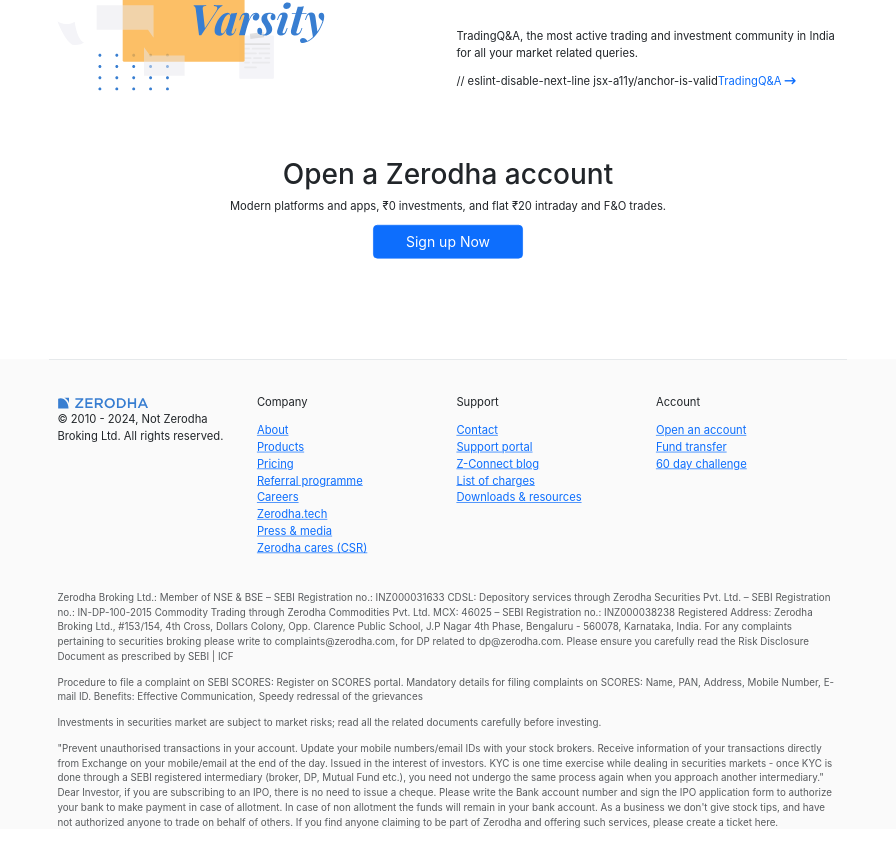
Repository: swarnabha-dutta/TradeVerse
Page: / (app in frontend/)
An editor plug-in stored every save of this project. The page is shown before and after a run of saves, followed by the edit.
The browser window is 1280 px wide. The pictures show the part of the page from y = 2725 to 4645 px (the page is 3926 px tall before and 4645 px after), at 70% of full size.
Some web libraries are served in a nearby version. The project was rebuilt for these pictures with package versions that can differ from the ones it lists, and the page was loaded fresh each time. Also part of the build but not shown: frontend/src/landing_page/about/Team.jsx, frontend/src/landing_page/about/AboutPage.jsx, frontend/src/landing_page/products/Hero.jsx, frontend/src/landing_page/products/LeftSection.jsx, frontend/src/landing_page/products/RightSection.jsx, frontend/src/landing_page/products/Universe.jsx, frontend/src/landing_page/products/ProductsPage.jsx, frontend/src/landing_page/signup/Signup.jsx and 6 more. Imported but missing from the stored project, and not drawn on this page: frontend/src/landing_page/about/Hero.

Above is the page before, as saved 2025-11-12 06:28:19.

### frontend/public/index.html
<!DOCTYPE html>
<html lang="en">
  <head>
    <meta charset="utf-8" />
    <link rel="icon" href="%PUBLIC_URL%/favicon.ico" />
    <meta name="viewport" content="width=device-width, initial-scale=1" />
    <meta name="theme-color" content="#000000" />
    <meta
      name="description"
      content="Web site created using create-react-app"
    />
    <link rel="apple-touch-icon" href="%PUBLIC_URL%/logo192.png" />
    <!--
      manifest.json provides metadata used when your web app is installed on a
      user's mobile device or desktop. See https://developers.google.com/web/fundamentals/web-app-manifest/
    -->
    <link rel="manifest" href="%PUBLIC_URL%/manifest.json" />
    <!--
      Notice the use of %PUBLIC_URL% in the tags above.
      It will be replaced with the URL of the `public` folder during the build.
      Only files inside the `public` folder can be referenced from the HTML.

      Unlike "/favicon.ico" or "favicon.ico", "%PUBLIC_URL%/favicon.ico" will
      work correctly both with client-side routing and a non-root public URL.
      Learn how to configure a non-root public URL by running `npm run build`.
    -->

    <!-- Bootstrap -->
    <link href="https://cdn.jsdelivr.net/npm/bootstrap@5.3.8/dist/css/bootstrap.min.css" rel="stylesheet" integrity="sha384-sRIl4kxILFvY47J16cr9ZwB07vP4J8+LH7qKQnuqkuIAvNWLzeN8tE5YBujZqJLB" crossorigin="anonymous">



    <!-- fontawesome   CDN -->
    <link
      rel="stylesheet"
      href="https://cdnjs.cloudflare.com/ajax/libs/font-awesome/6.6.0/css/all.min.css"
      crossorigin="anonymous"
      referrerpolicy="no-referrer"
    />

    <title>React App</title>
  </head>
  <body>
    <noscript>You need to enable JavaScript to run this app.</noscript>
    <div id="root"></div>


    <!-- Bootstrap js file  -->
    <script src="https://cdn.jsdelivr.net/npm/bootstrap@5.3.8/dist/js/bootstrap.bundle.min.js" integrity="sha384-FKyoEForCGlyvwx9Hj09JcYn3nv7wiPVlz7YYwJrWVcXK/BmnVDxM+D2scQbITxI" crossorigin="anonymous"></script>
  </body>
</html>

### frontend/src/index.js
import React from 'react';
import ReactDOM from 'react-dom/client';
import './index.css';
import { BrowserRouter, Routes, Route } from 'react-router-dom';
import HomePage from './landing_page/home/HomePage.jsx';
import AboutPage from './landing_page/about/AboutPage.jsx';
import ProductsPage from './landing_page/products/ProductsPage.jsx';
import Signup from './landing_page/signup/Signup.jsx';
import PricingPage from "./landing_page/pricing/PricingPage.jsx";
import SupportPage from "./landing_page/support/SupportPage.jsx";
import Navbar from './landing_page/Navbar.jsx';

const root = ReactDOM.createRoot(document.getElementById('root'));
root.render(
  <BrowserRouter>
    <Navbar/>
    <Routes>
        <Route path="/" element={<HomePage/>}></Route>
        <Route path="/signup" element={<Signup/>}></Route>
        <Route path="/about" element={<AboutPage/>}></Route>
        <Route path="/product" element={<ProductsPage/>}></Route>
        <Route path="/pricing" element={<PricingPage />}></Route>
        <Route path="/support" element={<SupportPage/>}></Route>
    </Routes>
  </BrowserRouter>
);

// If you want to start measuring performance in your app, pass a function
// to log results (for example: reportWebVitals(console.log))
// or send to an analytics endpoint. Learn more: https://bit.ly/CRA-vitals

### frontend/src/landing_page/home/HomePage.jsx
import React from 'react'
import Hero from './Hero.jsx';
import Awards from './Awards.jsx';
import Stats from './Stats.jsx';
import Pricing from './Pricing.jsx';
import Education from './Education.jsx';
import OpenAccount from '../OpenAccount.jsx';
import Navbar from '../Navbar.jsx';
import Footer from '../Footer.jsx';


const HomePage = () => {
    return (
        <>
            <Navbar/>
            <Hero />
            <Awards />
            <Stats />
            <Pricing />
            <Education />
            <OpenAccount />
            <Footer/>
        </>
    )
}

export default HomePage

### frontend/src/landing_page/Navbar.jsx
import React from "react";

function Navbar() {
    return (
        <nav
        class="navbar navbar-expand-lg border-bottom"
        style={{ backgroundColor: "#FFF" }}
        >
        <div class="container p-2">
            <a class="navbar-brand" href="#">
            <img
                src="media/images/logo.svg"
                style={{ width: "25%" }}
                alt="Logo"
            />
            </a>
            <button
            class="navbar-toggler"
            type="button"
            data-bs-toggle="collapse"
            data-bs-target="#navbarSupportedContent"
            aria-controls="navbarSupportedContent"
            aria-expanded="false"
            aria-label="Toggle navigation"
            >
            <span class="navbar-toggler-icon"></span>
            </button>
            <div class="collapse navbar-collapse" id="navbarSupportedContent">
            <form class="d-flex" role="search">
                <ul class="navbar-nav mb-lg-0">
                <li class="nav-item">
                    <a class="nav-link active" aria-current="page" href="#">
                    Signup
                    </a>
                </li>
                <li class="nav-item">
                    <a class="nav-link active" href="#">
                    About
                    </a>
                </li>
                <li class="nav-item">
                    <a class="nav-link active" href="#">
                    Product
                    </a>
                </li>
                <li class="nav-item">
                    <a class="nav-link active" href="#">
                    Pricing
                    </a>
                </li>
                <li class="nav-item">
                    <a class="nav-link active" href="#">
                    Support
                    </a>
                </li>
                </ul>
            </form>
            </div>
        </div>
        </nav>
    );
}

export default Navbar;

### frontend/src/landing_page/home/Hero.jsx
import React from 'react'

const Hero = () => {
    return (
        <div className='container p-5 mb-5'>
            <div className='row text-center'>
                <img
                    src="media/images/homeHero.png"
                    alt="Hero-Image"
                    className='mb-5'
                />
                <h1 className='mt-5'>Invest in everything</h1>
                <p>
                    Online platform to invest in stocks, derivatives, mutual funds, and more
                </p>
                <button
                className='p-2 btn btn-primary fs-5 mb-5'
                style={{width:"20%",margin:"0 auto"}}
                >
                    Signup Now
                </button>
            </div>
        </div>
    )
}

export default Hero

### frontend/src/landing_page/home/Awards.jsx
import React from 'react'

const Awards = () => {
    return (
        <div className='container mt-5'>
            <div className='row'>
                <div className='col-6 p-5'>
                    <img src="media/images/largestBroker.svg" alt="" />
                </div>
                <div className='col-6 p-5 mt-5'>
                    <h1>Largest stock broker in India</h1>
                    <p className="mb-5">
                        2+ million Zerodha clients contribute to over 15% of all retail
                        order volumes in India daily by trading and investing in:
                    </p>
                    <div className='row'>
                        <div className='col-6'>
                            <ul>
                                <li>
                                <p>Futures and Options</p>
                                </li>
                                <li>
                                <p>Commodity derivatives</p>
                                </li>
                                <li>
                                <p>Currency derivatives</p>
                                </li>
                            </ul>
                        </div>
                        <div className='col-6'>
                            <ul>
                                <li>
                                    <p>Stocks & IPOs</p>
                                </li>
                                <li>
                                    <p>Direct mutual funds</p>
                                </li>
                                <li>
                                    <p>Bonds and Govt. Securities</p>
                                </li>
                            </ul>
                        </div>
                    </div>
                    <img src="media/images/pressLogos.png" style={{ width: "90%" }} />
                </div>
            </div>
        </div>
    )
}

export default Awards

### frontend/src/landing_page/home/Stats.jsx
/* eslint-disable react/jsx-no-comment-textnodes */
/* eslint-disable jsx-a11y/alt-text */
import React from "react";

function Stats() {
    return (
        <div className="container p-3">
        <div className="row p-5">
            <div className="col-6 p-5">
            <h1 className="fs-2 mb-5">Trust with confidence</h1>
            <h2 className="fs-4">Customer-first always</h2>
            <p className="text-muted">
                That's why 1.3+ crore customers trust Zerodha with ₹3.5+ lakh crores
                worth of equity investments.
            </p>
            <h2 className="fs-4">No spam or gimmicks</h2>
            <p className="text-muted">
                No gimmicks, spam, "gamification", or annoying push notifications.
                High quality apps that you use at your pace, the way you like.
            </p>
            <h2 className="fs-4">The Zerodha universe</h2>
            <p className="text-muted">
                Not just an app, but a whole ecosystem. Our investments in 30+
                fintech startups offer you tailored services specific to your needs.
            </p>
            <h2 className="fs-4">Do better with money</h2>
            <p className="text-muted">
                With initiatives like Nudge and Kill Switch, we don't just
                facilitate transactions, but actively help you do better with your
                money.
            </p>
            </div>
            <div className="col-6 p-5">
            // eslint-disable-next-line jsx-a11y/alt-text
            <img src="media/images/ecosystem.png" style={{ width: "90%" }} />
            <div className="text-center">
                <a href="" className="mx-5" style={{ textDecoration: "none" }}>
                Explore our products{" "}
                <i class="fa fa-long-arrow-right" aria-hidden="true"></i>
                </a>
                <a href="" style={{ textDecoration: "none" }}>
                Try Kite demo{" "}
                <i class="fa fa-long-arrow-right" aria-hidden="true"></i>
                </a>
            </div>
            </div>
        </div>
        </div>
    );
}

export default Stats;

### frontend/src/landing_page/home/Pricing.jsx
/* eslint-disable jsx-a11y/anchor-is-valid */
    import React from "react";

    function Pricing() {
    return (
        <div className="container">
        <div className="row">
            <div className="col-4">
            <h1 className="mb-3 fs-2">Unbeatable pricing</h1>
            <p>
                We pioneered the concept of discount broking and price transparency
                in India. Flat fees and no hidden charges.
            </p>
            <a href="" style={{ textDecoration: "none" }}>
                See Pricing{" "}
                <i class="fa fa-long-arrow-right" aria-hidden="true"></i>
            </a>
            </div>
            <div className="col-2"></div>
            <div className="col-6  mb-5">
            <div className="row text-center">
                <div className="col p-3 border">
                <h1 className="mb-3">₹0</h1>
                <p>
                    Free equity delivery and
                    <br />
                    direct mutual funds
                </p>
                </div>
                <div className="col p-3 border">
                <h1 className="mb-3">₹20</h1>
                <p>Intraday and F&O</p>
                </div>
            </div>
            </div>
        </div>
        </div>
    );
    }

    export default Pricing;

### frontend/src/landing_page/home/Education.jsx
    import React from "react";

    function Education() {
    return (
        <div className="container mt-5">
        <div className="row">
            <div className="col-6">
            <img src="media/images/education.svg" style={{ width: "70%" }} />
            </div>
            <div className="col-6">
            <h1 className="mb-3 fs-2">Free and open market education</h1>
            <p>
                Varsity, the largest online stock market education book in the world
                covering everything from the basics to advanced trading.
            </p>
            <a href="" style={{ textDecoration: "none" }}>
                Versity <i class="fa fa-long-arrow-right" aria-hidden="true"></i>
            </a>
            <p className="mt-5">
                TradingQ&A, the most active trading and investment community in
                India for all your market related queries.
            </p>
            // eslint-disable-next-line jsx-a11y/anchor-is-valid
            <a href="" style={{ textDecoration: "none" }}>
                TradingQ&A <i class="fa fa-long-arrow-right" aria-hidden="true"></i>
            </a>
            </div>
        </div>
        </div>
    );
    }

    export default Education;

### frontend/src/landing_page/OpenAccount.jsx
import React from "react";

function OpenAccount() {
    return (
        <div className="container p-5 mb-5">
        <div className="row text-center">
            <h1 className="mt-5">Open a Zerodha account</h1>
            <p>
            Modern platforms and apps, ₹0 investments, and flat ₹20 intraday and
            F&O trades.
            </p>
            <button
            className="p-2 btn btn-primary fs-5 mb-5"
            style={{ width: "20%", margin: "0 auto" }}
            >
            Sign up Now
            </button>
        </div>
        </div>
    );
}

export default OpenAccount;

### frontend/src/landing_page/Footer.jsx
import React from "react";

function Footer() {
    return (
        <footer style={{ backgroundColor: "rgb(250, 250, 250)" }}>
        <div className="container border-top mt-5">
            <div className="row mt-5">
            <div className="col">
                <img src="media/images/logo.svg" style={{ width: "50%" }} />
                <p>
                &copy; 2010 - 2024, Not Zerodha Broking Ltd. All rights reserved.
                </p>
            </div>
            <div className="col">
                <p>Company</p>
                <a href="">About</a>
                <br />
                <a href="">Products</a>
                <br />
                <a href="">Pricing</a>
                <br />
                <a href="">Referral programme</a>
                <br />
                <a href="">Careers</a>
                <br />
                <a href="">Zerodha.tech</a>
                <br />
                <a href="">Press & media</a>
                <br />
                <a href="">Zerodha cares (CSR)</a>
                <br />
            </div>
            <div className="col">
                <p>Support</p>
                <a href="">Contact</a>
                <br />
                <a href="">Support portal</a>
                <br />
                <a href="">Z-Connect blog</a>
                <br />
                <a href="">List of charges</a>
                <br />
                <a href="">Downloads & resources</a>
                <br />
            </div>
            <div className="col">
                <p>Account</p>
                <a href="">Open an account</a>
                <br />
                <a href="">Fund transfer</a>
                <br />
                <a href="">60 day challenge</a>
                <br />
            </div>
            </div>
            <div className="mt-5 text-muted" style={{ fontSize: "14px" }}>
            <p>
                Zerodha Broking Ltd.: Member of NSE​ &​ BSE – SEBI Registration no.:
                INZ000031633 CDSL: Depository services through Zerodha Securities
                Pvt. Ltd. – SEBI Registration no.: IN-DP-100-2015 Commodity Trading
                through Zerodha Commodities Pvt. Ltd. MCX: 46025 – SEBI Registration
                no.: INZ000038238 Registered Address: Zerodha Broking Ltd.,
                #153/154, 4th Cross, Dollars Colony, Opp. Clarence Public School,
                J.P Nagar 4th Phase, Bengaluru - 560078, Karnataka, India. For any
                complaints pertaining to securities broking please write to
                complaints@zerodha.com, for DP related to dp@zerodha.com. Please
                ensure you carefully read the Risk Disclosure Document as prescribed
                by SEBI | ICF
            </p>

            <p>
                Procedure to file a complaint on SEBI SCORES: Register on SCORES
                portal. Mandatory details for filing complaints on SCORES: Name,
                PAN, Address, Mobile Number, E-mail ID. Benefits: Effective
                Communication, Speedy redressal of the grievances
            </p>

            <p>
                Investments in securities market are subject to market risks; read
                all the related documents carefully before investing.
            </p>

            <p>
                "Prevent unauthorised transactions in your account. Update your
                mobile numbers/email IDs with your stock brokers. Receive
                information of your transactions directly from Exchange on your
                mobile/email at the end of the day. Issued in the interest of
                investors. KYC is one time exercise while dealing in securities
                markets - once KYC is done through a SEBI registered intermediary
                (broker, DP, Mutual Fund etc.), you need not undergo the same
                process again when you approach another intermediary." Dear
                Investor, if you are subscribing to an IPO, there is no need to
                issue a cheque. Please write the Bank account number and sign the
                IPO application form to authorize your bank to make payment in case
                of allotment. In case of non allotment the funds will remain in your
                bank account. As a business we don't give stock tips, and have not
                authorized anyone to trade on behalf of others. If you find anyone
                claiming to be part of Zerodha and offering such services, please
                create a ticket here.
            </p>
            </div>
        </div>
        </footer>
    );
}

export default Footer;

Loaded but not shown: frontend/src/index.css (common file)

After the next 2 saves:
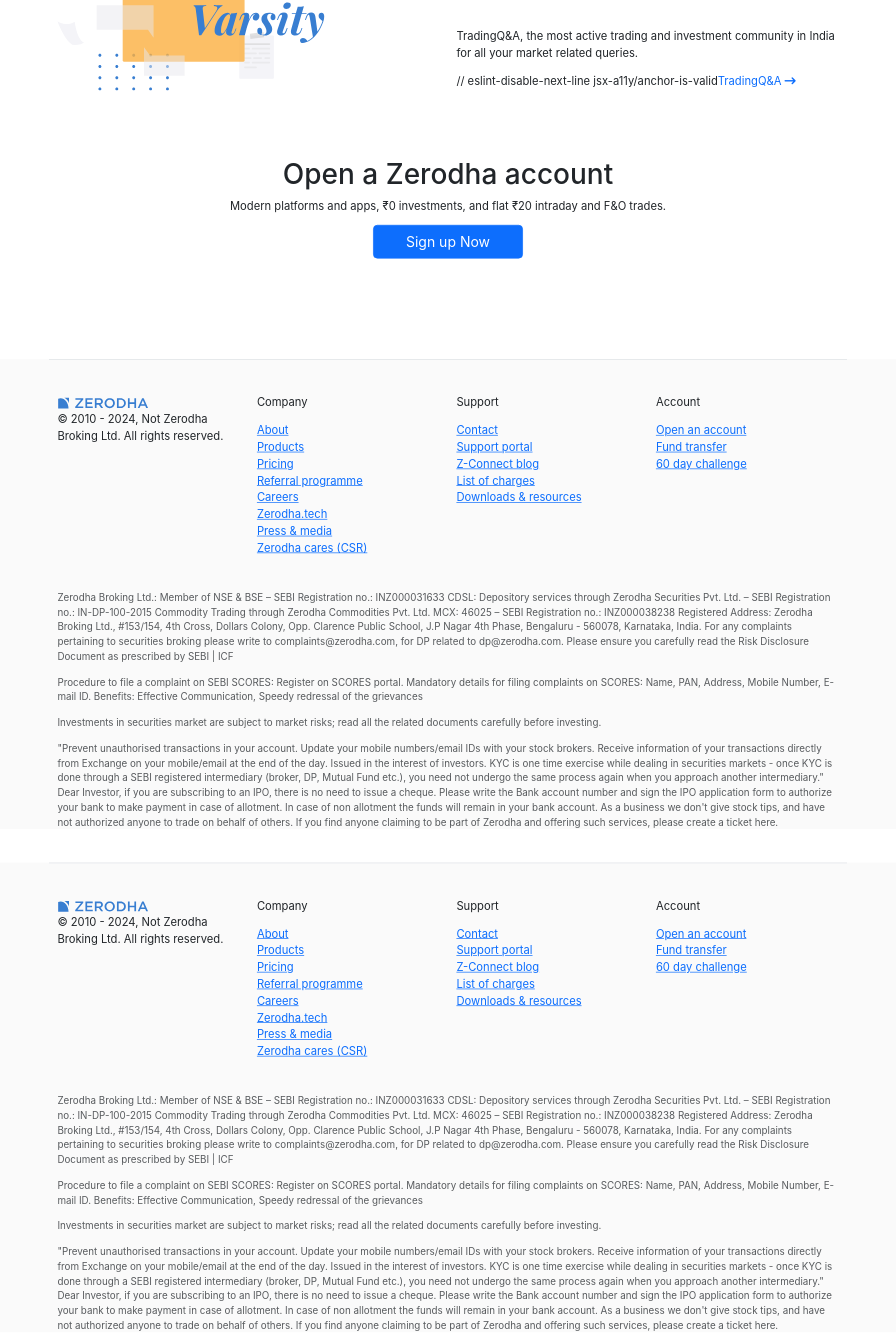
The 2 saves are shown as one change because they came seconds apart.
The last was saved 28 s later.
--- a/frontend/src/index.js
+++ b/frontend/src/index.js
@@ -9,6 +9,7 @@
 import PricingPage from "./landing_page/pricing/PricingPage.jsx";
 import SupportPage from "./landing_page/support/SupportPage.jsx";
 import Navbar from './landing_page/Navbar.jsx';
+import Footer from './landing_page/Footer.jsx';
 
 const root = ReactDOM.createRoot(document.getElementById('root'));
 root.render(
@@ -22,6 +23,7 @@
         <Route path="/pricing" element={<PricingPage />}></Route>
         <Route path="/support" element={<SupportPage/>}></Route>
     </Routes>
+    <Footer/>
   </BrowserRouter>
 );
 
